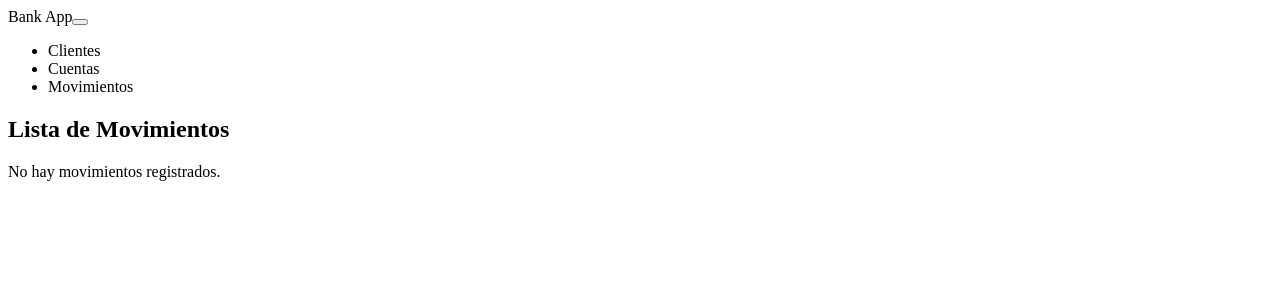
Repository: justsantg/bank-app
Page: /movimientos (app in frontend/)
The author's editor kept a copy of each file at every save. The page is drawn from the files as they stood at one save, then again after the next save.
The browser window is 1280 px wide. The pictures show the whole page.
The page's requests for data from a server got no answer. The project was rebuilt for these pictures with package versions that can differ from the ones it lists, and the page was loaded fresh each time. No one was signed in, and anything a server would have sent is missing. Also part of the build but not shown: frontend/src/app/components/clientes/cliente-list/cliente-list.component.ts, frontend/src/app/services/cliente.service.ts, frontend/src/app/components/cuentas/cuenta-list/cuenta-list.component.ts, frontend/src/app/services/cuenta.service.ts.

Above is the page before, as saved 2025-03-15 12:39:27.

### frontend/src/main.ts
import { bootstrapApplication } from '@angular/platform-browser';
import { AppComponent } from './app/app.component';
import { provideHttpClient } from '@angular/common/http';
import { provideRouter } from '@angular/router';
import { routes } from './app/app.routes';

bootstrapApplication(AppComponent, {
  providers: [
    provideRouter(routes), // Asegurar que las rutas están registradas
    provideHttpClient()    // Asegurar que HttpClient está disponible en toda la app
  ]
}).catch(err => console.error(err));

### frontend/src/app/app.component.ts
import { Component } from '@angular/core';
import { RouterOutlet } from '@angular/router';

@Component({
  selector: 'app-root',
  standalone: true,
  imports: [RouterOutlet], // Importar RouterOutlet aquí
  templateUrl: './app.component.html',
  styleUrls: ['./app.component.css']
})
export class AppComponent {
  title = 'Bank App';
}

### frontend/src/app/app.routes.ts
import { Routes } from '@angular/router';
import { ClienteListComponent } from './components/clientes/cliente-list/cliente-list.component';
import { CuentaListComponent } from './components/cuentas/cuenta-list/cuenta-list.component';
import { MovimientoListComponent } from './components/movimientos/movimiento-list/movimiento-list.component';

export const routes: Routes = [
  { path: 'clientes', component: ClienteListComponent },
  { path: 'cuentas', component: CuentaListComponent },
  { path: 'movimientos', component: MovimientoListComponent },
  { path: '', redirectTo: 'clientes', pathMatch: 'full' } // Redirección inicial
];

### frontend/src/app/app.component.html
<nav class="navbar navbar-expand-lg navbar-dark bg-primary">
  <div class="container">
    <a class="navbar-brand" routerLink="/">Bank App</a>
    <button class="navbar-toggler" type="button" data-bs-toggle="collapse" data-bs-target="#navbarNav">
      <span class="navbar-toggler-icon"></span>
    </button>
    <div class="collapse navbar-collapse" id="navbarNav">
      <ul class="navbar-nav">
        <li class="nav-item">
          <a class="nav-link" routerLink="/clientes" routerLinkActive="active">Clientes</a>
        </li>
        <li class="nav-item">
          <a class="nav-link" routerLink="/cuentas" routerLinkActive="active">Cuentas</a>
        </li>
        <li class="nav-item">
          <a class="nav-link" routerLink="/movimientos" routerLinkActive="active">Movimientos</a>
        </li>
      </ul>
    </div>
  </div>
</nav>

<div class="container mt-4">
  <router-outlet></router-outlet>
</div>

### frontend/src/app/components/movimientos/movimiento-list/movimiento-list.component.ts
import { Component, OnInit } from '@angular/core';
import { CommonModule } from '@angular/common';
import { FormsModule } from '@angular/forms';
import { MovimientoService } from '../../../services/movimiento.service';

@Component({
  selector: 'app-movimiento-list',
  standalone: true,
  imports: [CommonModule, FormsModule], // Importar FormsModule para usar ngModel
  templateUrl: './movimiento-list.component.html',
  styleUrls: ['./movimiento-list.component.css']
})
export class MovimientoListComponent implements OnInit {
  movimientos: any[] = [];
  ultimoMovimiento: any = null;
  mostrarModal: boolean = false;

  constructor(private movimientoService: MovimientoService) {}

  ngOnInit(): void {
    this.obtenerMovimientos();
  }

  obtenerMovimientos(): void {
    this.movimientoService.getMovimientos().subscribe({
      next: (data) => {
        console.log('Movimientos recibidos:', data);
        this.movimientos = data;
      },
      error: (err) => {
        console.error('Error al obtener movimientos:', err);
      }
    });
  }

  // ✅ Método para obtener el último movimiento de una cuenta específica
  obtenerUltimoMovimiento(cuentaId: number): void {
    this.movimientoService.getUltimoMovimiento(cuentaId).subscribe({
      next: (data) => {
        console.log('Último movimiento recibido:', data);
        this.ultimoMovimiento = data;
        this.mostrarModal = true;
      },
      error: (err) => {
        console.error('Error al obtener el último movimiento:', err);
      }
    });
  }

  cerrarModal(): void {
    this.mostrarModal = false;
    this.ultimoMovimiento = null;
  }
}

### frontend/src/app/services/movimiento.service.ts
import { Injectable } from '@angular/core';
import { HttpClient } from '@angular/common/http';
import { Observable } from 'rxjs';

@Injectable({
  providedIn: 'root'
})
export class MovimientoService {
  private apiUrl = 'http://localhost:3000/movimiento';

  constructor(private http: HttpClient) {}

  getMovimientos(): Observable<any[]> {
    return this.http.get<any[]>(`${this.apiUrl}`);
  }

  // ✅ Agregar este método para obtener el último movimiento de una cuenta
  getUltimoMovimiento(cuentaId: number): Observable<any> {
    return this.http.get<any>(`${this.apiUrl}/ultimo/${cuentaId}`);
  }
}

### frontend/src/app/components/movimientos/movimiento-list/movimiento-list.component.html
<div class="container mt-4">
    <h2>Lista de Movimientos</h2>

    <ul *ngIf="movimientos.length > 0; else noMovimientos" class="list-group">
      <li *ngFor="let movimiento of movimientos" class="list-group-item">
        <p><strong>Monto:</strong> 💰 {{ movimiento.monto }}</p>
        <p><strong>Tipo:</strong> {{ movimiento.tipo === 'Crédito' ? '➕ Crédito' : '➖ Débito' }}</p>
        <p><strong>Fecha:</strong> 📅 {{ movimiento.fecha | date:'short' }}</p>
        <p><strong>Cuenta:</strong> 🏦 {{ movimiento.cuenta?.tipo || 'N/A' }}</p>

        <!-- 🔥 Botón para ver detalles del movimiento -->
        <button class="btn btn-primary btn-sm mt-2" (click)="obtenerUltimoMovimiento(movimiento.cuenta.id)">
          Detalles del Movimiento
        </button>
      </li>
    </ul>

    <ng-template #noMovimientos>
      <p>No hay movimientos registrados.</p>
    </ng-template>

    <!-- 🔥 Modal para mostrar detalles del movimiento -->
    <div *ngIf="mostrarModal" class="modal-backdrop">
      <div class="modal-content">
        <h4>Detalles del Movimiento</h4>
        <p><strong>Monto:</strong> 💰 {{ ultimoMovimiento?.monto }}</p>
        <p><strong>Tipo:</strong> {{ ultimoMovimiento?.tipo === 'Crédito' ? '➕ Crédito' : '➖ Débito' }}</p>
        <p><strong>Fecha:</strong> 📅 {{ ultimoMovimiento?.fecha | date:'short' }}</p>
        <p><strong>Cuenta:</strong> 🏦 {{ ultimoMovimiento?.cuenta?.tipo || 'N/A' }}</p>
        <p><strong>Cliente:</strong> 👤 {{ movimientos.cuenta?.cliente?.nombre || 'No disponible' }}</p>
        <button class="btn btn-danger btn-sm" (click)="cerrarModal()">Cerrar</button>
      </div>
    </div>
  </div>

### frontend/src/app/components/movimientos/movimiento-list/movimiento-list.component.css
.modal-overlay {
    position: fixed;
    top: 0;
    left: 0;
    width: 100%;
    height: 100%;
    background: rgba(0, 0, 0, 0.5);
    display: flex;
    justify-content: center;
    align-items: center;
    z-index: 1000;
  }

  .modal-container {
    background: white;
    padding: 20px;
    border-radius: 10px;
    width: 400px;
    max-width: 90%;
    box-shadow: 0 4px 10px rgba(0, 0, 0, 0.3);
    animation: fadeIn 0.3s ease-in-out;
  }

  .modal-header {
    display: flex;
    justify-content: space-between;
    align-items: center;
    border-bottom: 1px solid #ddd;
    padding-bottom: 10px;
    margin-bottom: 10px;
  }

  .close-btn {
    background: none;
    border: none;
    font-size: 18px;
    cursor: pointer;
  }

  .modal-body p {
    margin: 8px 0;
  }

  @keyframes fadeIn {
    from {
      opacity: 0;
      transform: scale(0.9);
    }
    to {
      opacity: 1;
      transform: scale(1);
    }
  }

Loaded but not shown: frontend/src/index.html (common file); frontend/src/app/app.component.css (no stored copy; drawn as an empty file)

After the next save:
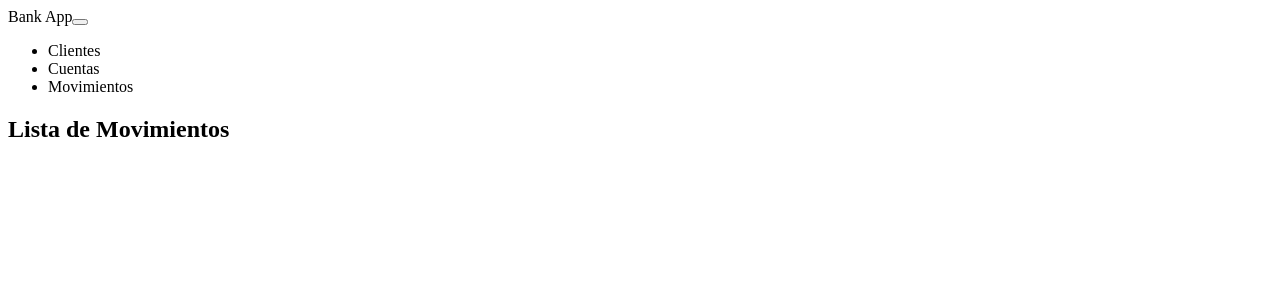
Saved 28 s later.
--- a/frontend/src/app/components/movimientos/movimiento-list/movimiento-list.component.html
+++ b/frontend/src/app/components/movimientos/movimiento-list/movimiento-list.component.html
@@ -1,19 +1,13 @@
 <div class="container mt-4">
     <h2>Lista de Movimientos</h2>
 
-    <ul *ngIf="movimientos.length > 0; else noMovimientos" class="list-group">
-      <li *ngFor="let movimiento of movimientos" class="list-group-item">
+    <li *ngFor="let movimiento of movimientos">
+        <p><strong>Cliente:</strong> 👤 {{ movimiento.cuenta?.cliente?.nombre || 'No disponible' }}</p>
+        <p><strong>Tipo:</strong> {{ movimiento.tipo }}</p>
         <p><strong>Monto:</strong> 💰 {{ movimiento.monto }}</p>
-        <p><strong>Tipo:</strong> {{ movimiento.tipo === 'Crédito' ? '➕ Crédito' : '➖ Débito' }}</p>
         <p><strong>Fecha:</strong> 📅 {{ movimiento.fecha | date:'short' }}</p>
-        <p><strong>Cuenta:</strong> 🏦 {{ movimiento.cuenta?.tipo || 'N/A' }}</p>
+      </li>
 
-        <!-- 🔥 Botón para ver detalles del movimiento -->
-        <button class="btn btn-primary btn-sm mt-2" (click)="obtenerUltimoMovimiento(movimiento.cuenta.id)">
-          Detalles del Movimiento
-        </button>
-      </li>
-    </ul>
 
     <ng-template #noMovimientos>
       <p>No hay movimientos registrados.</p>
